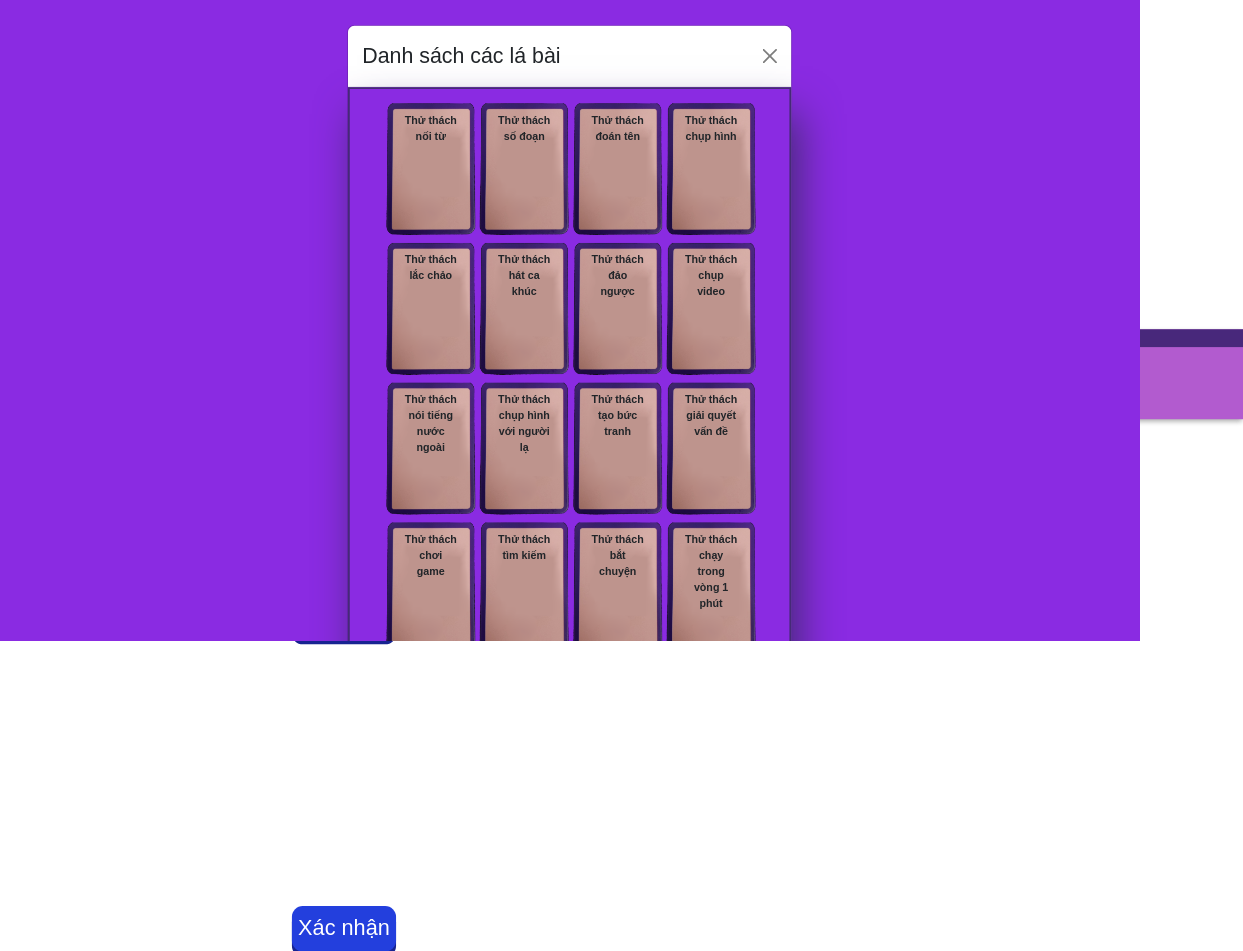
Repository: hivongseth2/drinkGame1
Page: / (app in my-app/), after clicking the first element matching `#buttonBoc`
An editor plug-in stored every save of this project. The page is shown before and after the next save, followed by the edit.
The browser window is 1280 px wide. The page is 1397 px wide, so the pictures cover 1397 px, including what lies to the right of the window. The pictures show the whole page, at 89% of full size.
An inner scrolling area shows only its first screen. The project was rebuilt for these pictures with package versions that can differ from the ones it lists, and the page was loaded fresh each time.

Above is the page before, as saved 2023-01-19 00:19:45.

After the next save:
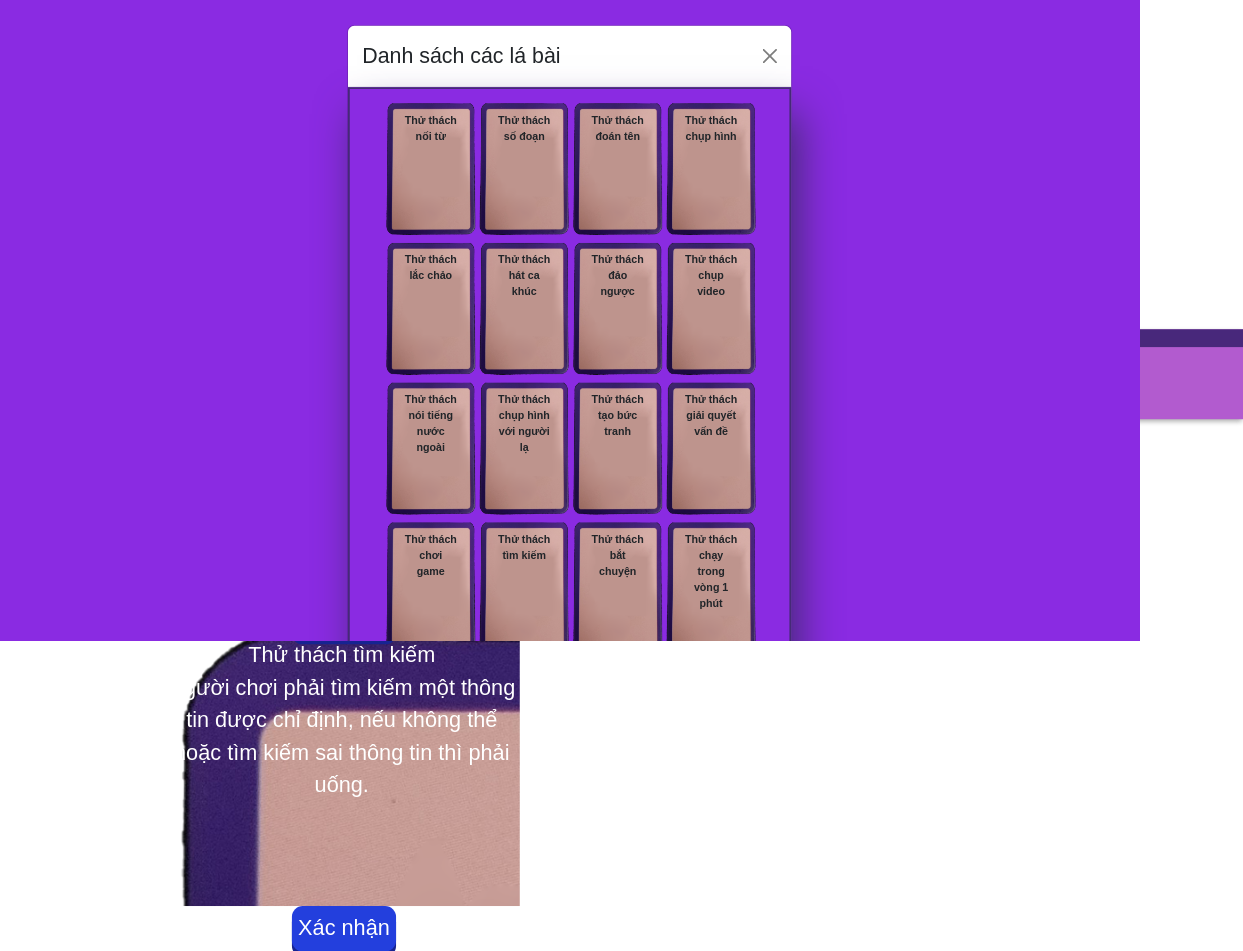
Saved 2 min 4 s later.
--- a/my-app/src/views/BocBai.js
+++ b/my-app/src/views/BocBai.js
@@ -90,7 +90,7 @@ class BocBai extends React.Component {
             {/* {console.log(this.state.name)} */}
           </div>
           <div className="BocBai__Container">
-            <div className="BocBai__Content">
+            <div className="BocBai__Content" style={{ backgroundImage: `url(${logo})` }}>
               <div className="name">{name}</div>
               <div className="des">{des}</div>
             </div>
